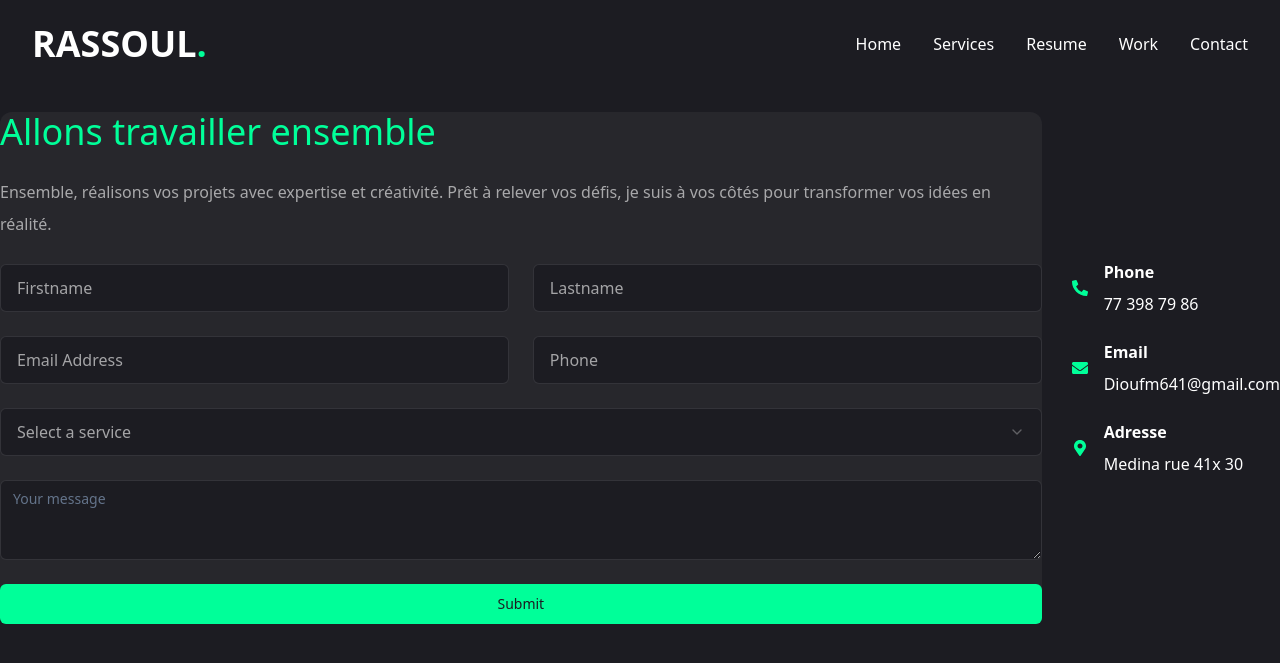
Repository: MDiouf9/portfolio2
Page: /contact
These files come from the project's save history. The page is drawn as it stood at one moment and after a run of saves; the edit follows.
The browser window is 1280 px wide. The pictures show the whole page.
The project was rebuilt for these pictures with package versions that can differ from the ones it lists, and the page was loaded fresh each time. The framework's server and built-in components were replaced by stand-ins that run in the browser. Also part of the build but not shown: next.config.mjs.

Above is the page before, as saved 2024-10-16 00:03:40.

After the next 2 saves:
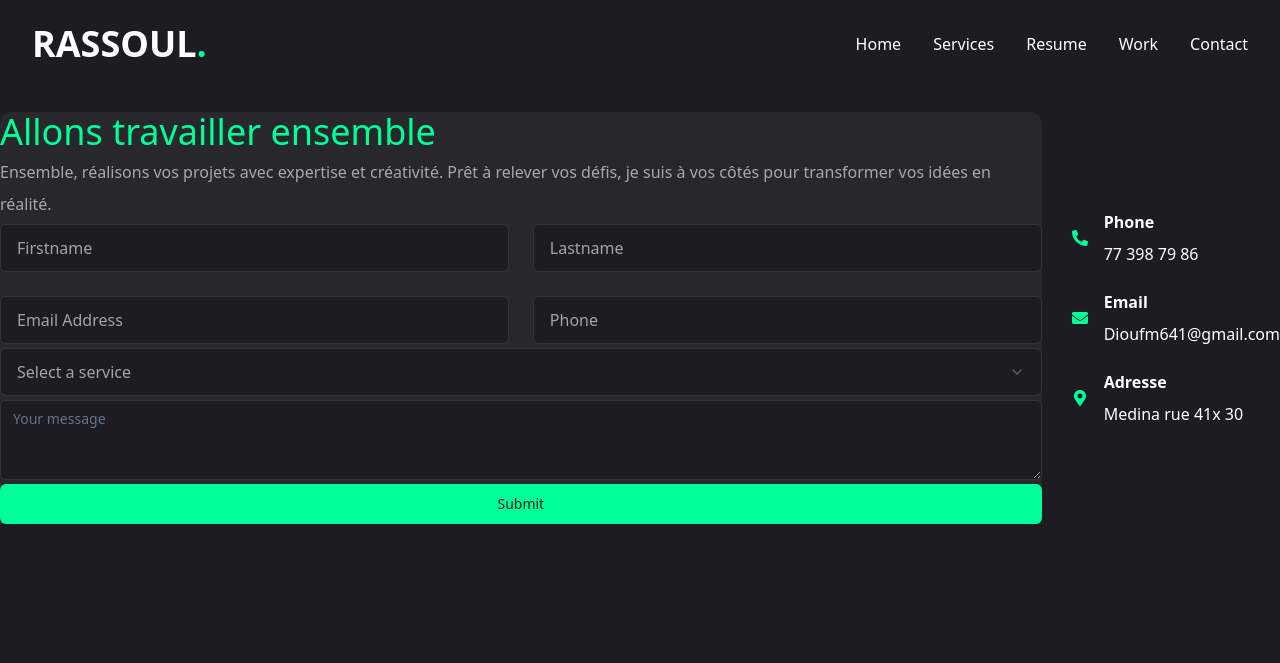
The 2 saves are shown as one change because they came seconds apart.
The last was saved 11 s later.
--- a/src/app/contact/page.tsx
+++ b/src/app/contact/page.tsx
@@ -46,7 +46,7 @@ const Contact = () => {
         <div className="flex flex-col   xl:flex-row gap-[30px]">
           {/* Formulaire de contact */}
           <div className="  xl:h-[54%] order-2  xl:order-none ">
-            <form className="flex flex-col justify-center gap-6  bg-[#27272c] rounded-xl ">
+            <form className="flex flex-col justify-center gap-1  bg-[#27272c] rounded-xl ">
               <h3 className="text-4xl text-accent"> Allons travailler ensemble</h3>
               <p className="text-white/60">
 
